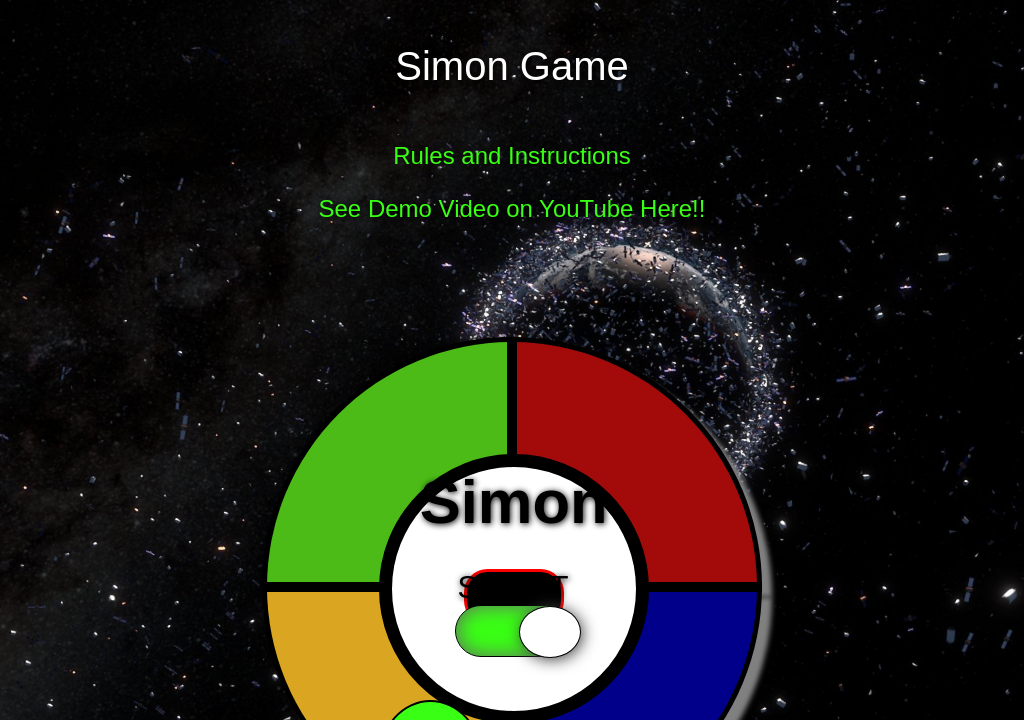
Repository: cgaynor91/Simon-Memory-Game
Page: index.html
The author's editor kept a record of every edit. The page is drawn from the files as they stood at one moment, then again after the next edit.
The browser window is 1024 px wide. The pictures show the whole page.
An inner scrolling area shows only its first screen. Some web fonts or font styles are not loaded; a fallback is used.

Above is the page before.

### index.html
<!DOCTYPE html>
<html lang="en">

<head>
  <meta charset="UTF-8">
  <meta name="viewport" content="width=device-width, initial-scale=1.0">
  <meta http-equiv="X-UA-Compatible" content="ie=edge">
  <title>Simon Memory Game</title>

  <!-- Style sheets -->
  <link rel="stylesheet" href="https://stackpath.bootstrapcdn.com/bootstrap/4.3.1/css/bootstrap.min.css">
  <link href="https://fonts.googleapis.com/css?family=Fascinate+Inline&display=swap" rel="stylesheet" type="text/css">
  <link class="favicon" rel="icon" href="assets/images/favicon.ico" type="image/ico">

  <link rel="stylesheet" href="assets/css/style.css">

</head>


<body>
  <!-- Main Container -->

  <div class="container-fluid header">
    <!--main container-->
    <div class="row">
      <div class="col">
        <h1 class="m-4 py-2">Simon Game</h1>
      </div>
    </div>


    <!-- Button trigger modal - adapted from getbootstrap.com -->
    <button type="button" class="btn btn-modal" data-toggle="modal" data-target="#exampleModal">
  Rules and Instructions
</button>

    <!-- Modal -->
    <div class="modal fade" id="exampleModal" tabindex="-1" role="dialog" aria-labelledby="exampleModalLabel" aria-hidden="true">
      <div class="modal-dialog" role="document">
        <div class="modal-content">
          <div class="modal-header px-0 pl-4">
            <h3 class="modal-title" id="ModalLabel">Rules & Instructions</h3>
            <button type="button" class="close" data-dismiss="modal" aria-label="Close">
          <span aria-hidden="true">&times;</span>
        </button>
          </div>
          <div class="modal-body">
            <p class="text-center"> Think fast... SIMON says, "Chase my flashing lights and sounds"!</p> <br> The challenge is to repeat the ever-increasing random signals that SIMON generates.<br>
            <h4 class="text-center"> How To Play?</h4><br> 1. Press green START button; SIMON will give the first signal.<br> 2. Repeat the signal by pressing the same pad.<br> 3. SIMON will duplicate the first signal and will add one.<br> 4. Repeat these two signals by pressing
            the same colour pads.<br> 5. SIMON will duplicate these first two signals and add one.<br> 6. You must reach 20 to win.<br><br>

            <h4 class="text-center"> Strict Mode</h4><br> When Strict mode is selected you cannot get your sequence wrong at any point or your game will be reset back to the start

          </div>
          <div class="modal-footer">
            <button type="button" class="btn btn-modal" data-dismiss="modal">Close</button>
          </div>
        </div>
      </div>
    </div>

    <div class="row">
      <div class="rules-col col">
        <a href="https://www.youtube.com/watch?v=1Yqj76Q4jJ4" target="_blank">See Demo Video on YouTube Here!!</a>
      </div>
    </div>

    <!-- will hold the simon board -->
    <div class="container-fluid outer-circle">
      <div class="row">
        <div class="col simon-board">
          <div class="pads">
            <div id="greenpad" class="pad green-pad"></div>
            <div id="redpad" class="pad red-pad"></div>
            <div id="yellowpad" class="pad yellow-pad"></div>
            <div id="bluepad" class="pad blue-pad"></div>
          </div>

          <!-- inner -circle of board containg number counter and switches -->

          <div class="inner-circle">
            <div class="label">Simon</div>
            <div id="turn" class="display">-</div>
            <div id="start" class="start-button">Start</div>
            <div class="container strict">
              <div class="strict-label">
                <p>STRICT</p>
                <div class="strict-switch">
                  <input type="checkbox" id="strict" class="toggle" checked/>
                </div>
              </div>
            </div>
          </div>
        </div>
      </div>
    </div>
  </div>
<!-- Footer -->
  <div class="container-fluid footer">
    <div class="row justify-content-center">
      <p>Website created by Claire Gaynor &copy;
        <br> For educational purposes only.</p>
    </div>
  </div>

  <!-- Audio Clips -->
  <audio id="sound-green" src="assets/sounds/green.mp3"></audio>
  <audio id="sound-red" src="assets/sounds/red.mp3"></audio>
  <audio id="sound-yellow" src="assets/sounds/yellow.mp3"></audio>
  <audio id="sound-blue" src="assets/sounds/blue.mp3"></audio>
  <audio id="game-win" src="assets/sounds/game-win.wav"></audio>
  <audio id="game-over" src="assets/sounds/game-over.wav"></audio>



  <!-- Scripts located at the bottom of the body to ensure quick page loading -->
  <script src="https://cdnjs.cloudflare.com/ajax/libs/jquery/3.4.1/jquery.slim.min.js"></script>
  <script src="https://ajax.googleapis.com/ajax/libs/jquery/3.3.1/jquery.min.js"></script>
  <script src="https://cdnjs.cloudflare.com/ajax/libs/popper.js/1.15.0/umd/popper.min.js"></script>
  <script src="https://stackpath.bootstrapcdn.com/bootstrap/4.3.1/js/bootstrap.min.js"></script>
  <script src="assets/js/script.js"></script>



</body>

</html>

### assets/css/style.css
@import url('https://fonts.googleapis.com/css?family=Fascinate+Inline:100,200,300,400,500,600,700');


html,

body {
  width: 100%;
  height: 100%;
  margin: 0;
  padding: 0;
  overflow-x: hidden;
  background-image: url("../images/bgimage.jpg");
  background-color: #161677;
  background-size: cover;
  font-family: 'Fascinate inline', sans-serif;
  text-shadow: 1px 1px 6px #000000;
}

.row {
  text-align: center;
  padding: 10px;
  margin: 0;
  width: 100%;
  height: 100%;
}

a {
  color: #39ff14;
  padding-top: 5px;
  font-size: 1.5em;
}

a:hover {
  color: #fff;
  text-decoration: none;
}

.rules-col {
  margin-bottom: 50px;
}

h1 {
  color: #fff;
  margin-top: 10px;
}

.label {
  position: absolute;
  font-size: 2.2em;
  color: #000;
  font-weight: bold;
  margin-top: 10px;
}


/* Modal */

.modal-content {
  background-image: url("../images/bgimage.jpg");
  text-align: left;
  font-size: 1.2em;
  color: #39ff14;
}

.btn-modal {
  color: #39ff14;
  padding-top: 5px;
  font-size: 1.5em;
}

.btn-modal:hover {
  color: #fff;
}

/* Containers */

.header {
  color: white;
  text-align: center;
}

.outer-circle {
  padding: 0;
  margin: auto;
  width: 100%;
  height: 100vw;
  max-width: 600px;
  max-height: 600px;
  border-radius: 50%;
  background-color: transparent;
  margin-bottom: 230px;
  display: flex;
}


.strict {
  position: absolute;
  margin-top: 149px;
  margin-left: 50px;
  padding: 0px;
  width: 29%;
  line-height: 0;
}


.footer {
  color: #fff;
}


/* Controls */

.inner-circle {
  display: -webkit-box;
  display: -ms-flexbox;
  display: flex;
  -webkit-box-pack: center;
  -ms-flex-pack: center;
  justify-content: center;
  position: absolute;
  background-color: #fff;
  top: 27%;
  left: 27%;
  width: 46vw;
  height: 46vw;
  max-width: 270px;
  max-height: 270px;
  border: solid 13px #000;
  border-radius: 50%;
  line-height: 50px;
  box-sizing: border-box;
  -moz-box-sizing: border-box;
  -webkit-box-sizing: border-box;
}


#turn {
  position: absolute;
  top: 70px;
  max-width: 100px;
  max-height: 55px;
  color: #ff0000;
  background-color: #000;
  width: 39vw;
  height: 11vw;
  margin: auto;
  border: solid 3px #ff0000;
  border-radius: 6px;
  font-size: 2em;
}

.start-button {
  float: left;
  margin-right: 100px;
  margin-top: 135px;
  padding: 10px;
  line-height: 3em;
  font-weight: bold;
  background-color: #39ff14;
  height: 70px;
  width: 70px;
  border-radius: 50%;
  border: solid 2px #000;
}

.start-button:active {
  background-color: #ccff00;
}

.strict-switch {
  margin-top: 17px;
}

.strict-label {
  color: #000;
}

input[type="checkbox"] {
  position: relative;
  width: 67px;
  height: 35px;
  -webkit-appearance: none;
  -moz-appearance: none;
  -o-appearance: none;
  appearance: none;
  background: #3e8231;
  border: solid 1px #000;
  border-radius: 25vw;
}

input:checked[type="checkbox"] {
  background-color: #39ff14;
}

input[type="checkbox"]:before {
  content: "";
  position: absolute;
  height: 34px;
  width: 34px;
  border-radius: 50%;
  border: solid .5px #000;
  background-color: #fff;
  box-shadow: 2px 2px 15px #444;
}

input:checked[type="checkbox"]:before {
  left: 35px;
}


/* Simon Board Pad Colours */

.pad {
  float: left;
  position: relative;
  width: 50%;
  height: 50vw;
  border: solid 12px #000;
  max-width: 300px;
  max-height: 300px;
  -moz-box-sizing: border-box;
  -webkit-box-sizing: border-box;
  box-shadow: 1px 1px 12px #000000;

}


#greenpad {
  position: absolute;
  height: 250px;
  width: 250px;
  border-radius: 250px 0 0 0;
  -moz-border-radius: 250px 0 0 0;
  -webkit-border-radius: 250px 0 0 0;
  background: #4CBB17;
  top: 50%;
  left: 50%;
  margin: -250px 0px 0px -250px;
  border-style: solid;
  border-width: 5px;
  box-sizing: border-box;
  -moz-box-sizing: border-box;
  -webkit-box-sizing: border-box;
}

#redpad {
  position: absolute;
  height: 250px;
  width: 250px;
  -moz-border-radius: 0 250px 0 0;
  -webkit-border-radius: 0 250px 0 0;
  background: #a30b0b;
  top: 50%;
  left: 50%;
  margin: -250px 0px 0px 0px;
  border-style: solid;
  border-width: 5px;
  box-shadow: 10px 10px 5px grey;
  box-sizing: border-box;
  -moz-box-sizing: border-box;
  -webkit-box-sizing: border-box;
}

#yellowpad {
  position: absolute;
  height: 250px;
  width: 250px;
  -moz-border-radius: 0 0 0 250px;
  -webkit-border-radius: 0 0 0 250px;
  background: #daa520;
  top: 50%;
  left: 50%;
  margin: 0px -250px 0px -250px;
  border-style: solid;
  border-width: 5px;
  box-sizing: border-box;
  box-shadow: 10px 10px 5px grey;
  -moz-box-sizing: border-box;
  -webkit-box-sizing: border-box;
}

#bluepad {
  position: absolute;
  height: 250px;
  width: 250px;
  -moz-border-radius: 0 0 250px 0;
  -webkit-border-radius: 0 0 250px 0;
  background: #00008b;
  top: 50%;
  left: 50%;
  margin: 0px 0px -250px 0px;
  border-style: solid;
  border-width: 5px;
  box-sizing: border-box;
  box-shadow: 10px 10px 5px grey;
  -moz-box-sizing: border-box;
  -webkit-box-sizing: border-box;
}

/* Media Queries */

@media screen and (max-device-width: 600px) {

  .label {
    font-size: 6vw;

  }

  #turn {
    top: 13vw;
    width: 13vw;
    height: 9vw;
    font-size: 5vw;
    line-height: 7vw;
    border-radius: 2.3vw;
  }

  #start {
    font-size: 2.7vw;
    height: 11.3vw;
    width: 11.3vw;
    margin-right: 16.2vw;
    margin-top: 22.8vw;
    padding: 1.6vw 1.4vw;
  }

  .container.strict {
    bottom: -1vw;
    height: 15vw;
    width: 25vw;
    margin-left: 9vw;
    font-size: 3vw;
  }
  input[type="checkbox"] {
    height: 6.1vw;
    width: 11.3vw;
    border-radius: 25vw;
    -webkit-box-shadow: inset 0 0 2vw rgb(103, 103, 103);
    -o-box-shadow: inset 0 0 2vw rgb(103, 103, 103);
    box-shadow: inset 0 0 2vw rgb(103, 103, 103);
  }
  input[type="checkbox"]:before {
    height: 6.1vw;
    width: 6.1vw;
  }

  input:checked[type="checkbox"]:before {
    left: 6.1vw;
  }
}


@media only screen
and (min-device-width : 768px)
and (max-device-width : 1024px) {
  .label {
    font-size: 6vw;
  }

  #turn {
    top: 10vw;
    width: 13vw;
    height: 9vw;
    font-size: 5vw;
    line-height: 7vw;
    border-radius: 2.3vw;
  }

  #start {
    font-size: 3.4vw;
    height: 11.3vw;
    width: 11.3vw;
    margin-right: 16.2vw;
    margin-top: 22.8vw;
    margin-bottom: 10vw;
  }

  .container.strict {
    bottom: 2vw;
    height: 10vw;
    width: 15vw;
    margin-right: 5vw;
    font-size: 3vw;
  }

  input[type="checkbox"] {
    height: 5.1vw;
    width: 11.3vw;
    border-radius: 25vw;
    -webkit-box-shadow: inset 0 0 2vw rgb(103, 103, 103);
    -o-box-shadow: inset 0 0 2vw rgb(103, 103, 103);
    box-shadow: inset 0 0 2vw rgb(103, 103, 103);
  }
  input[type="checkbox"]:before {
    height: 5.1vw;
    width: 6.1vw;
  }

  input:checked[type="checkbox"]:before {
    left: 6.1vw;
  }
}

### assets/js/script.js
// Variables

let order = [];
let playerOrder = [];
let flash, turn, good, compTurn, intervalId, win;
let strict = true;
let volume = true;

// Variables targeted using jquery

const turnCounter = document.getElementById("turn");
const pad = document.getElementById("pad");
const greenPad = document.getElementById("greenpad");
const redPad = document.getElementById("redpad");
const yellowPad = document.getElementById("yellowpad");
const bluePad = document.getElementById("bluepad");
const strictButton = document.getElementById("strict");
const startButton = document.getElementById("start");



// Adapt game to play in strict mode if selected

$(strictButton).on('click', function() {
  if (strictButton.checked === true) {
    strict = true;
    turn = 1;
    clearInterval(intervalId);
    if ($(turnCounter).text() == "-") {
      $(turnCounter).text("-");
    }
    else {
      $(turnCounter).text("0");
    }
    setTimeout(function() {
      clearColor();
    }, 800);
  }
  else {
    strict = false;
  }
});


// Intialize Game when start button clicked

$(startButton).on("click", function() {
  clearInterval(intervalId);
  playGame();
});

// This function runs when it is time for the computer to generate a sequence.


function playGame() {
  intervalId = 0;
  win = false;
  $(turnCounter).text("1");
  playerOrder = [];
  turn = 1;
  flash = 0;
  good = true;
  for (var i = 0; i < 20; i++) {
    order.push(Math.floor(Math.random() * 4) + 1);
  }
  compTurn = true;

  intervalId = setInterval(gamePlay, 800);
}

/* A function to identify if it is the player's turn or the computer's turn.
The amount of flashes must match the number in the turn counter - sequence stops and is logged.
The comptuer reproduces a sequence and checks light id and applies correct light and sound function
Code here is partly taken from a tutorial on youtube by freecodecamp(credits & link in Readme)*/

function gamePlay() {

  if (flash == turn) {
    clearInterval(intervalId);
    compTurn = false;
    clearColor();
  }

  if (compTurn) {
    clearColor();
    setTimeout(function() {
      if (order[flash] == 1) one();
      if (order[flash] == 2) two();
      if (order[flash] == 3) three();
      if (order[flash] == 4) four();
      flash++;
    }, 350);
  }
}

// Functions that generate lights and sounds for all four pads

function one() {
  if (volume) {
    let audio = document.getElementById("sound-green");
    audio.play();
  }
  volume = true;
  greenPad.style.backgroundColor = "#39ff14";
}

function two() {
  if (volume) {
    let audio = document.getElementById("sound-red");
    audio.play();
  }
  volume = true;
  redPad.style.backgroundColor = "#B22222";
}

function three() {
  if (volume) {
    let audio = document.getElementById("sound-yellow");
    audio.play();
  }
  volume = true;
  yellowPad.style.backgroundColor = "#FFFF00";
}

function four() {
  if (volume) {
    let audio = document.getElementById("sound-blue");
    audio.play();
  }
  volume = true;
  bluePad.style.backgroundColor = "#0000ff";
}

// Returns pads to their original state

function clearColor() {
  greenPad.style.backgroundColor = "#4CBB17";
  redPad.style.backgroundColor = "#a30b0b";
  yellowPad.style.backgroundColor = "#daa520";
  bluePad.style.backgroundColor = "#00008b";
}

// Function to cause all colours to flash at the same time

function flashColor() {
  greenPad.style.backgroundColor = "#39ff14";
  redPad.style.backgroundColor = "#FF0000";
  yellowPad.style.backgroundColor = "#FFFF00";
  bluePad.style.backgroundColor = "#0000FF";
}

// Functions for wqhen each pads are clicked.
// By clicking one pad, a number is pushed into the player sequence array
// Colour clears after set time

$(greenPad).on('click', function() {
  playerOrder.push(1);
  check();
  one();
  if (!win) {
    setTimeout(function() {
      clearColor();
    }, 300);
  }
});

$(redPad).on('click', function() {
  playerOrder.push(2);
  check();
  two();
  if (!win) {
    setTimeout(function() {
      clearColor();
    }, 300);
  }
});

$(yellowPad).on('click', function() {
  playerOrder.push(3);
  check();
  three();
  if (!win) {
    setTimeout(function() {
      clearColor();
    }, 300);
  }
});

$(bluePad).on('click', function() {
  playerOrder.push(4);
  check();
  four();
  if (!win) {
    setTimeout(function() {
      clearColor();
    }, 300);
  }
});

// Function created to check and see if
// 1. The colour sequence is followed incorrectly
// 2. If player sequence matches the turn counter
// 3. If the player has completed 20 levels to win game
// 4. Also if strict mode is actve and the player has lost a game

function check() {
  if (playerOrder[playerOrder.length - 1] !== order[playerOrder.length - 1])
    good = false;

  if (playerOrder.length == 20 && good) {
    winGame();
  }

  if (good == false) {
    flashColor();
    $(turnCounter).text("NO!");
    let audio = document.getElementById("game-over");
    audio.play();
    setTimeout(function() {
      $(turnCounter).text((turn) - 1);
      clearColor();

      if (strict) {
        playGame();
      }
      else {
        compTurn = true;
        flash = 0;
        playerOrder = [];
        good = true;
        intervalId = setInterval(gamePlay, 800);
      }
    }, 800);

    volume = false;
  }

  else if (turn == playerOrder.length && good && !win) {
    turn++;
    playerOrder = [];
    compTurn = true;
    flash = 0;
    $(turnCounter).text((turn) - 1);
    intervalId = setInterval(gamePlay, 800);
  }
}

// Function is called upon if the player wins the game - displaying "WIN!" in the counter and playing audio

function winGame() {
  flashColor();
  $(turnCounter).text("WIN!");
  win = true;
  setTimeout(function() {
    let audio = document.getElementById("game-win");
    audio.play();
  }, 800);
}

After the next edit:
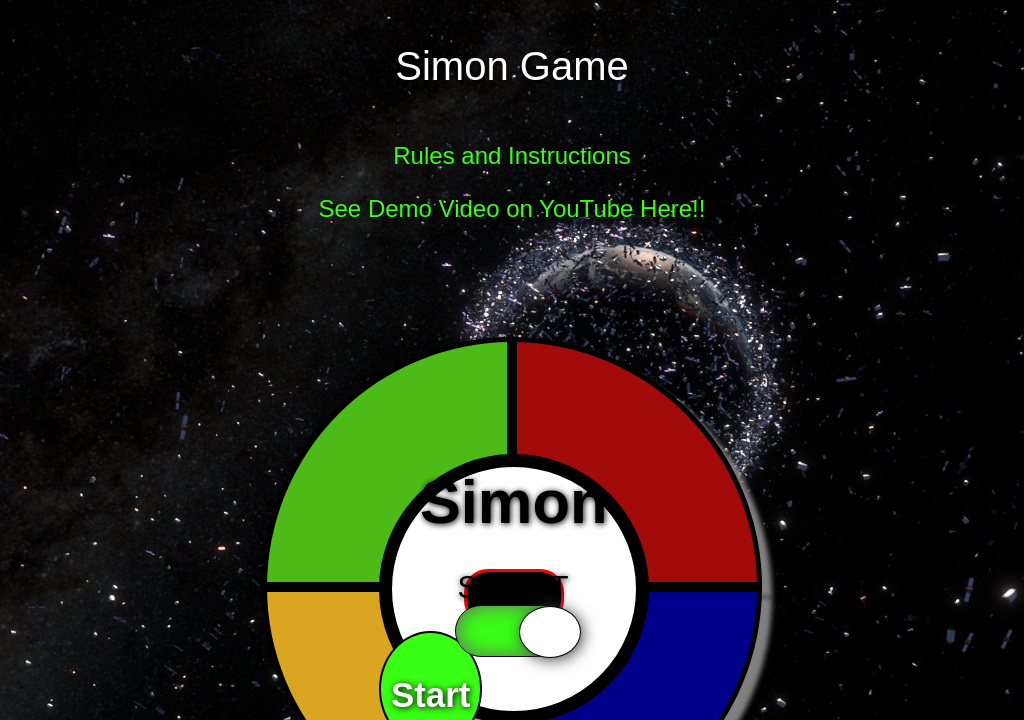
The edit:
--- a/assets/css/style.css
+++ b/assets/css/style.css
@@ -371,7 +371,7 @@
     height: 11.3vw;
     width: 11.3vw;
     margin-right: 16.2vw;
-    margin-top: 22.8vw;
+    margin-top: 16.1vw;
     margin-bottom: 10vw;
   }
 
